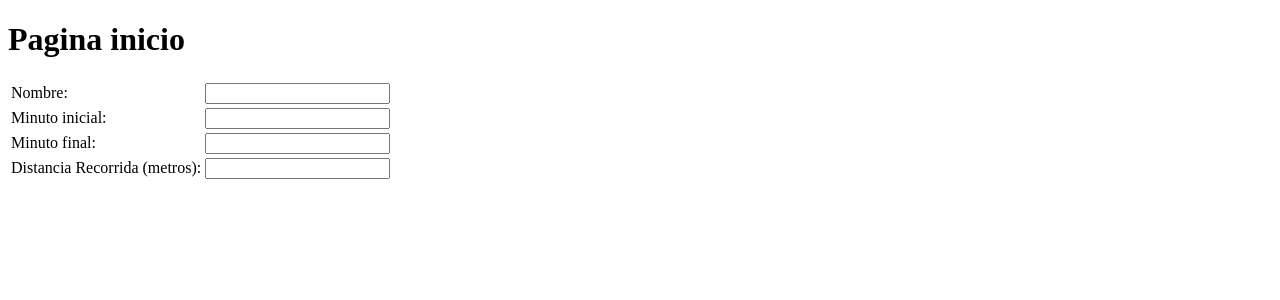
Repository: RomanMillan/estudio_JSP-SERVLET
Page: http://localhost/002_calculos/
An editor plug-in stored every save of this project. The page is shown before and after the next save, followed by the edit.
The browser window is 1280 px wide. The pictures show the whole page.
The page is served by Tomcat 9. Other server files are loaded and not shown.

Above is the page before, as saved 2023-03-02 07:32:47.

### 002_calculos/src/main/webapp/index.jsp
<%@ page language="java" contentType="text/html; charset=UTF-8"
    pageEncoding="UTF-8"%>
<!DOCTYPE html>
<html>
	<head>
		<meta charset="UTF-8">
		<title>Insert title here</title>
	</head>
	<body>
		<h1>Pagina inicio</h1>
		<form action="destino.jsp">
			<table>
			<!-- Nombre usuario -->
				<tr>
					<td>Nombre: </td>
					<td>
						<input type="text" name="name">
					</td>
				</tr>
				<tr>
					<td>Minuto inicial: </td>
					<td>
						<input type="number" name="firstTime">
					</td>
				</tr>
				<tr>
					<td>Minuto final: </td>
					<td>
						<input type="number" name="lastTime">
					</td>
				</tr>
				<tr>
					<td>Distancia Recorrida (metros): </td>
					<td>
						<input type="number" name="distance">
					</td>
				</tr>
			</table>
		</form>
	</body>
</html>

After the next save:
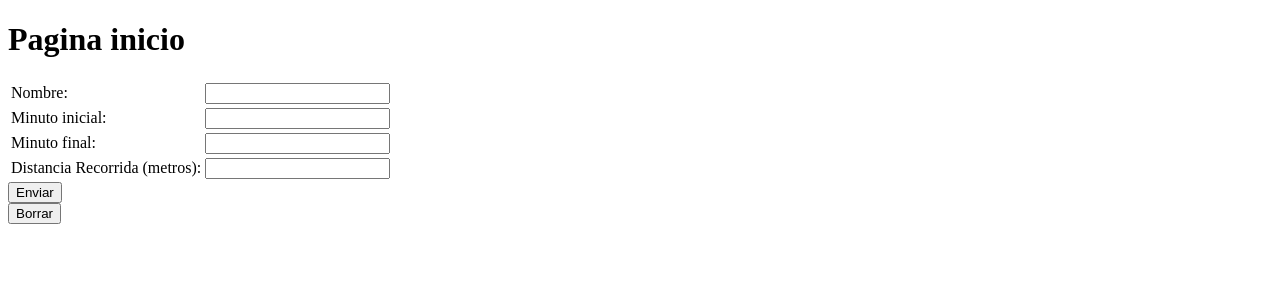
Saved 2 min 34 s later.
--- a/002_calculos/src/main/webapp/index.jsp
+++ b/002_calculos/src/main/webapp/index.jsp
@@ -17,18 +17,21 @@
 						<input type="text" name="name">
 					</td>
 				</tr>
+				<!-- Minuto inicial -->
 				<tr>
 					<td>Minuto inicial: </td>
 					<td>
 						<input type="number" name="firstTime">
 					</td>
 				</tr>
+				<!-- Minuto final -->
 				<tr>
 					<td>Minuto final: </td>
 					<td>
 						<input type="number" name="lastTime">
 					</td>
 				</tr>
+				<!-- Distancia recorrida -->
 				<tr>
 					<td>Distancia Recorrida (metros): </td>
 					<td>
@@ -36,6 +39,12 @@
 					</td>
 				</tr>
 			</table>
+
+			<!-- botones -->
+			<input type="submit" value="Enviar">
+			<br>
+			<input type="reset" value="Borrar">
+
 		</form>
 	</body>
 </html>
